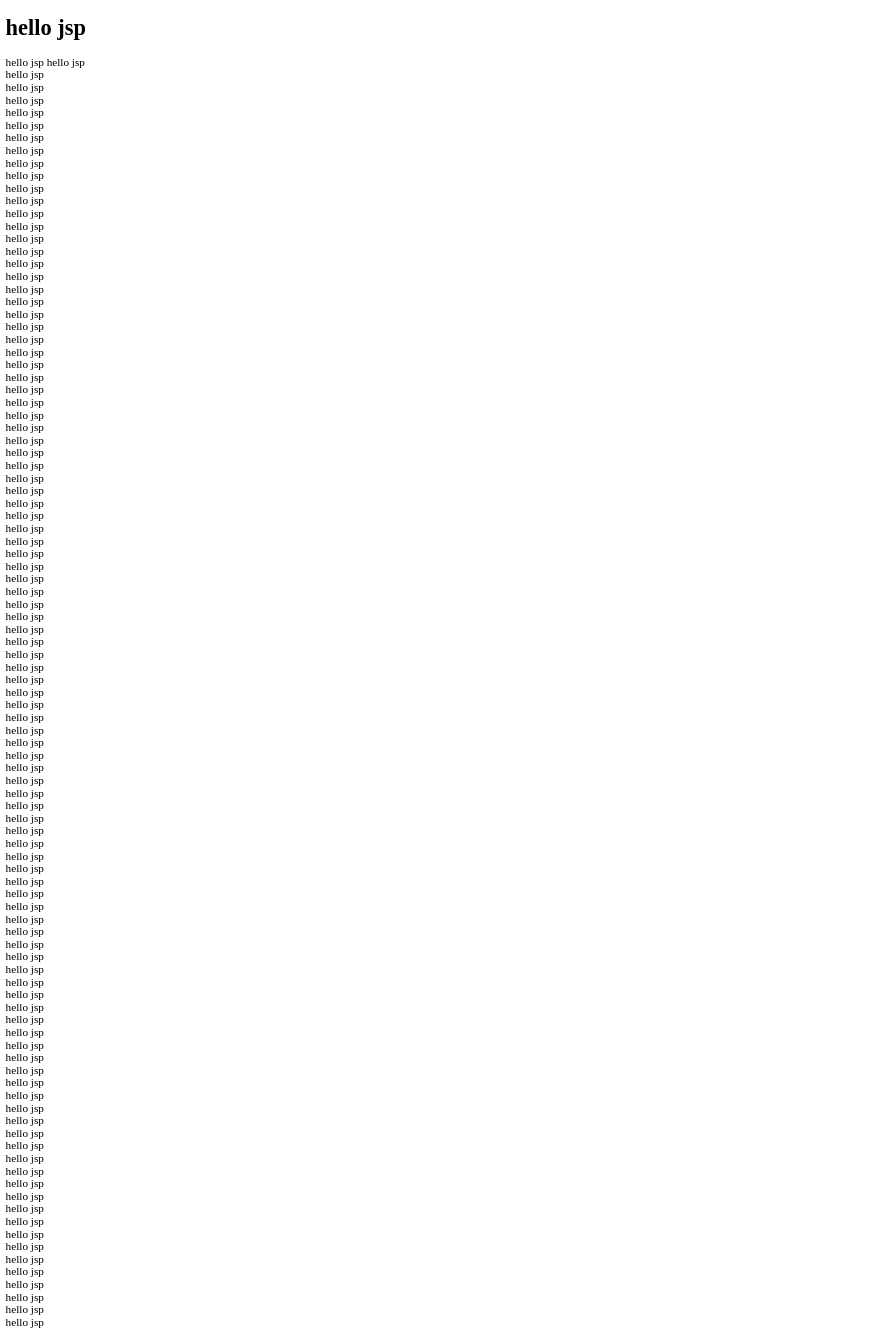
Repository: nimxxs/jsp
Page: http://localhost/jsp01/hello.jsp
These files come from the project's save history. The page is drawn as it stood at one moment and after the next save; the edit follows.
The browser window is 1280 px wide. The pictures show the whole page, at 70% of full size.
The page is served by Tomcat 9.

Above is the page before, as saved 2023-06-02 01:09:20.

### jsp01/src/main/webapp/hello.jsp
<%@ page language="java" contentType="text/html; charset=UTF-8"
    pageEncoding="UTF-8"%>
<!DOCTYPE html>
<html>
<head>
<meta charset="UTF-8">
<title>Insert title here</title>
</head>
<body>
	<h1>hello jsp</h1>
	<%
		out.println("hello jsp");
		for(int i=0; i<=100; i++){
			out.println("hello jsp <br>");
		}
	%>
</body>
</html>

After the next save:
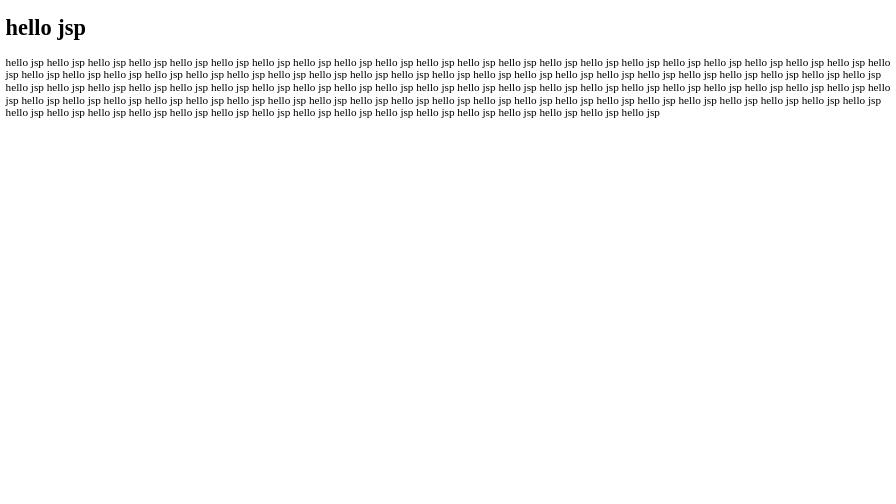
Saved 12 s later.
--- a/jsp01/src/main/webapp/hello.jsp
+++ b/jsp01/src/main/webapp/hello.jsp
@@ -11,7 +11,7 @@
 	<%
 		out.println("hello jsp");
 		for(int i=0; i<=100; i++){
-			out.println("hello jsp <br>");
+			out.println("hello jsp");
 		}
 	%>
 </body>

After the save that followed:
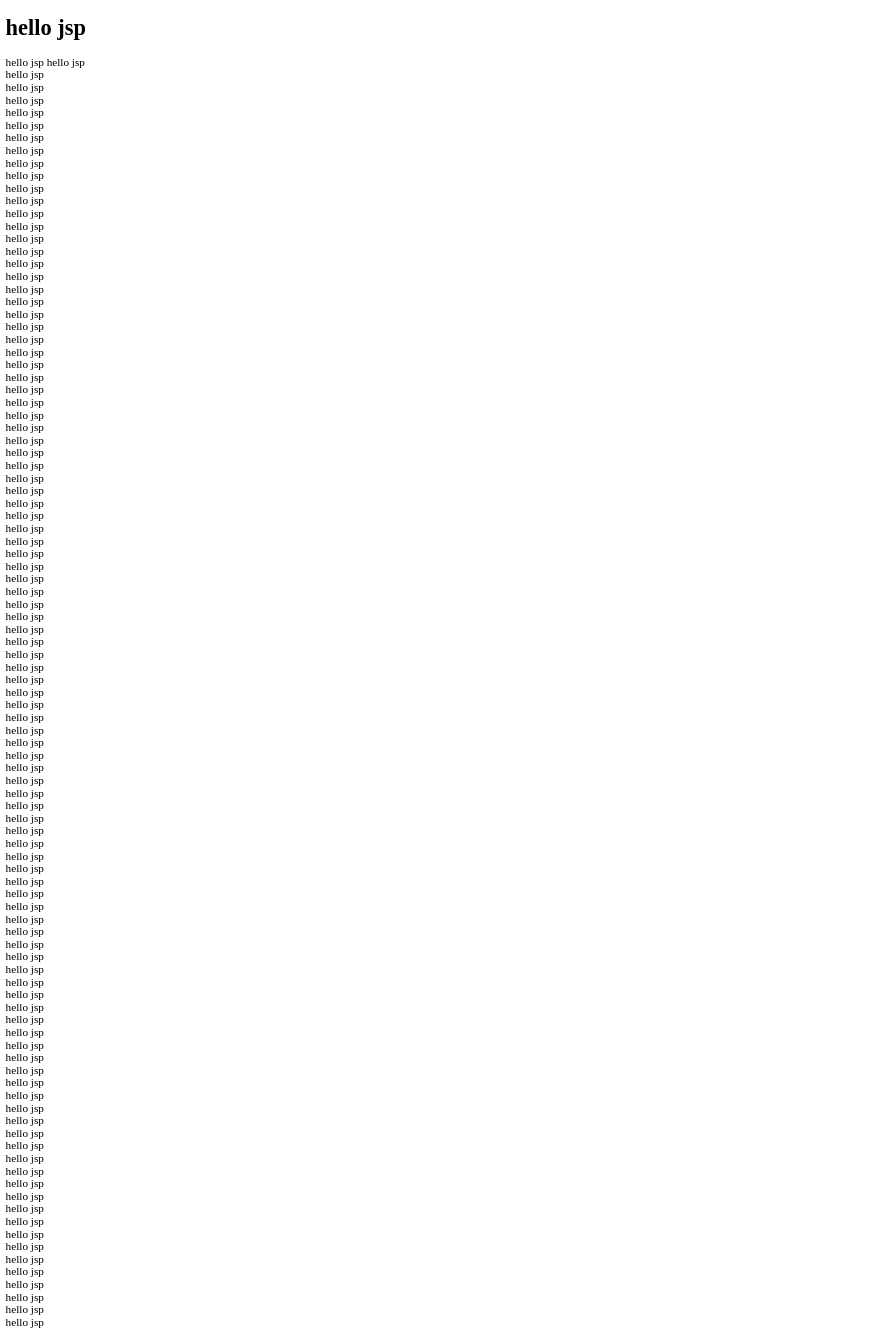
Saved 33 s later.
--- a/jsp01/src/main/webapp/hello.jsp
+++ b/jsp01/src/main/webapp/hello.jsp
@@ -11,7 +11,7 @@
 	<%
 		out.println("hello jsp");
 		for(int i=0; i<=100; i++){
-			out.println("hello jsp");
+			out.println("hello jsp <br>");
 		}
 	%>
 </body>
